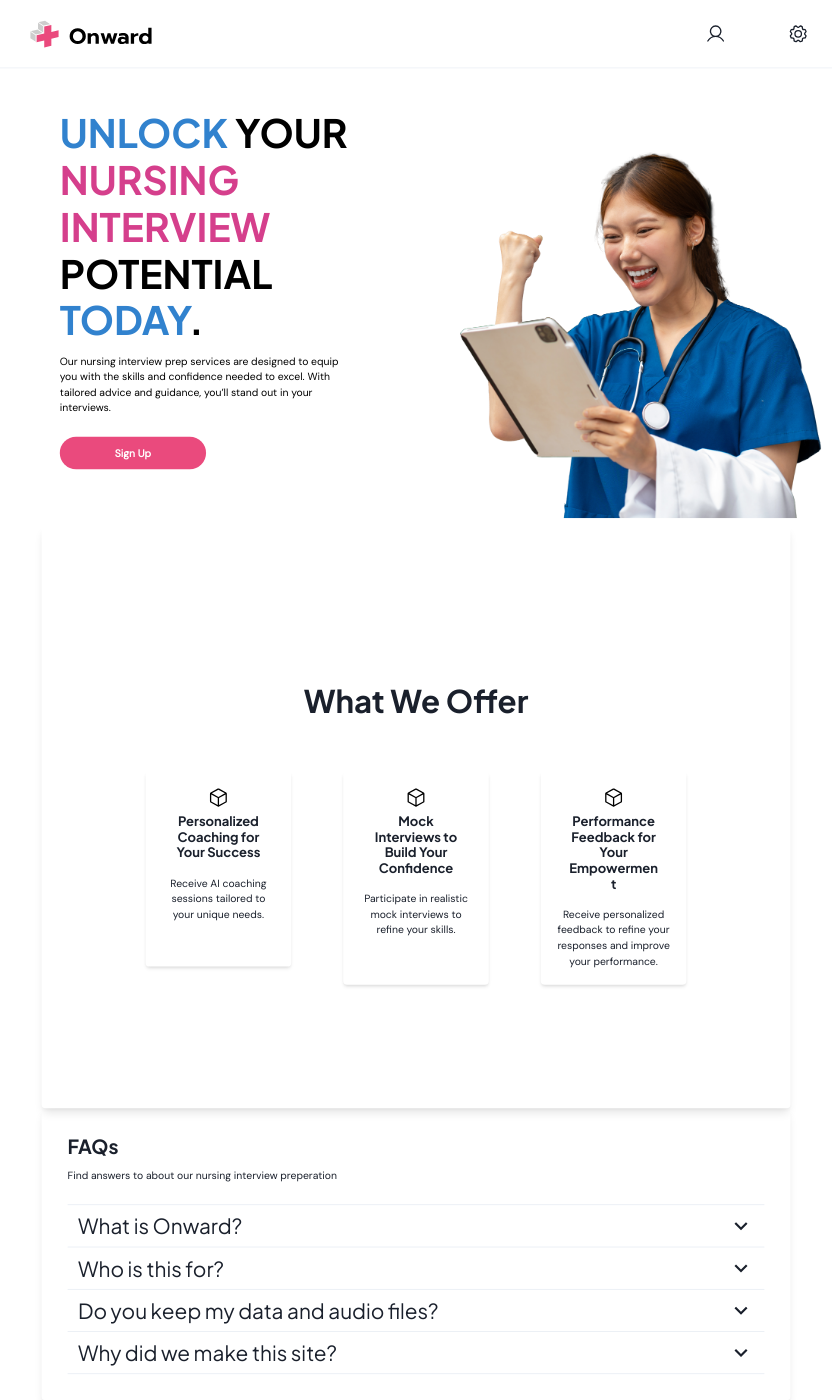
Repository: Aladdin3r/onward
Page: /landing-page
An editor plug-in stored every save of this project. The page is shown before and after the next save, followed by the edit.
The browser window is 1280 px wide. The pictures show the whole page, at 65% of full size.
The project was rebuilt for these pictures with package versions that can differ from the ones it lists, and the page was loaded fresh each time. The framework's server and built-in components were replaced by stand-ins that run in the browser. Also part of the build but not shown: next.config.mjs, styles/components/AppTopNav.js, styles/components/Layout.js.

Above is the page before, as saved 2024-10-29 03:08:56.

After the next save:
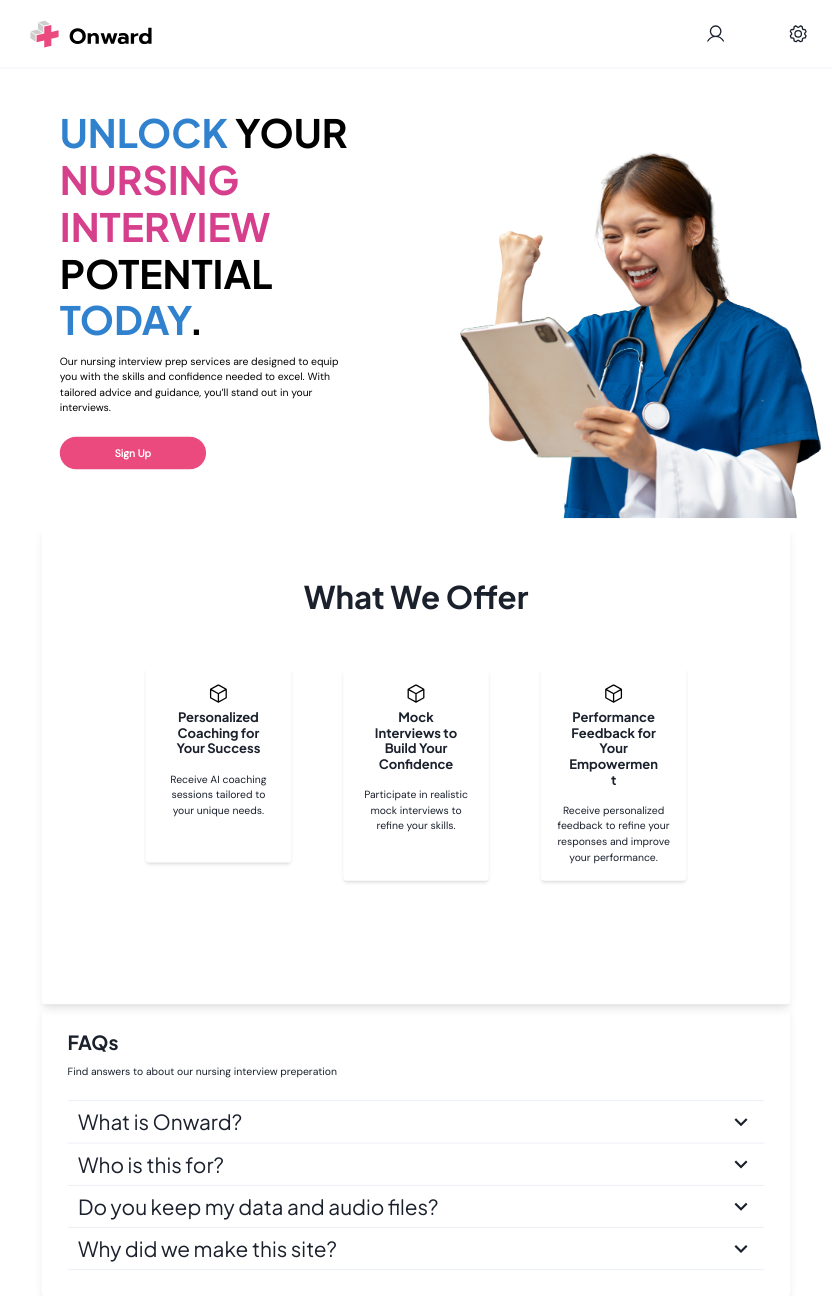
Saved 5 s later.
--- a/pages/landing-page.js
+++ b/pages/landing-page.js
@@ -95,7 +95,7 @@ export default function Home() {
 
             {/* What We Offer Section */}
             <Box p={40} textAlign="center" borderRadius="md" boxShadow="lg" maxW="90%" mx="auto" >
-                <Heading fontFamily="heading" fontSize="5xl" mb={20} mt={20}>What We Offer</Heading>
+                <Heading fontFamily="heading" fontSize="5xl" mb={20} mt={-20}>What We Offer</Heading>
                 <Flex justify="center" gap={20} mb={30}>
                     <Stack width="300px" height="300px" borderRadius="md" boxShadow="md" p={6} textAlign="center" alignItems="center">
                         <svg xmlns="http://www.w3.org/2000/svg" width="32" height="32" fill="#000000" viewBox="0 0 256 256"><path d="M223.68,66.15,135.68,18h0a15.88,15.88,0,0,0-15.36,0l-88,48.17a16,16,0,0,0-8.32,14v95.64a16,16,0,0,0,8.32,14l88,48.17a15.88,15.88,0,0,0,15.36,0l88-48.17a16,16,0,0,0,8.32-14V80.18A16,16,0,0,0,223.68,66.15ZM128,32h0l80.34,44L128,120,47.66,76ZM40,90l80,43.78v85.79L40,175.82Zm96,129.57V133.82L216,90v85.78Z"></path></svg>
